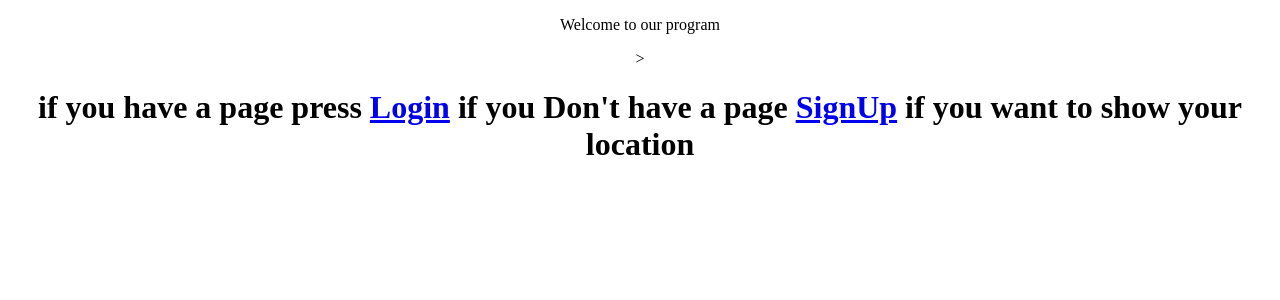
Repository: Mohammed7852/eclipse_Materials
Page: http://localhost/FCISquareApp/WEB-INF/jsp/welcome.jsp
The author's editor kept a copy of each file at every save. The page is drawn from the files as they stood at one save, then again after the next save.
The browser window is 1280 px wide. The pictures show the whole page.
The page is served by Tomcat 9. Nobody is signed in. Other server files are loaded and not shown. The template is opened directly, without the code that normally fills it, so the values that code supplies are empty.

Above is the page before, as saved 2016-03-26 17:06:54.

### eclips/FCISquareApp/WebContent/WEB-INF/jsp/welcome.jsp
<%@ page language="java" contentType="text/html; charset=windows-1256"
	pageEncoding="windows-1256"%>
<!DOCTYPE html PUBLIC "-//W3C//DTD HTML 4.01 Transitional//EN" "http://www.w3.org/TR/html4/loose.dtd">
<html>
<title>HomePage</title>
<center><p>Welcome to our program</p>></center>

<body>

<center>
<h1>if  you have a page press  <a href="/FCISquareApp/app/Login">Login</a>
    if you Don't have a page <a href="/FCISquareApp/app/signUp">SignUp</a>
    if you want to show your location
</h1>

</center>


</body>
</html>

After the next save:
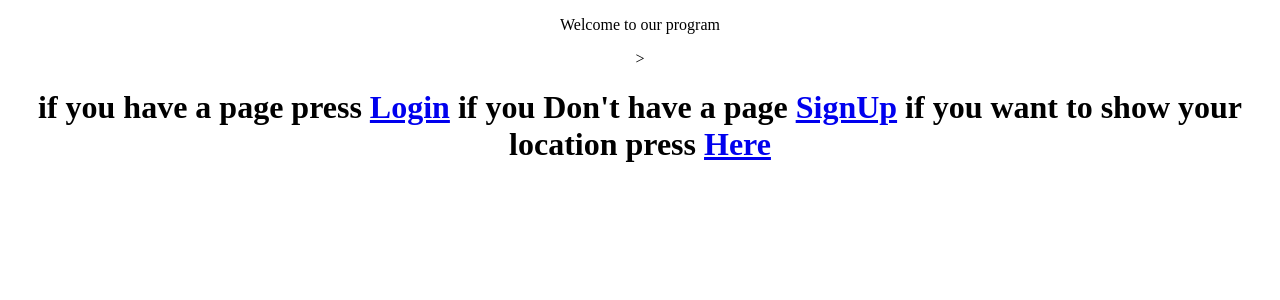
Saved 50 s later.
--- a/eclips/FCISquareApp/WebContent/WEB-INF/jsp/welcome.jsp
+++ b/eclips/FCISquareApp/WebContent/WEB-INF/jsp/welcome.jsp
@@ -10,7 +10,7 @@
 <center>
 <h1>if  you have a page press  <a href="/FCISquareApp/app/Login">Login</a>
     if you Don't have a page <a href="/FCISquareApp/app/signUp">SignUp</a>
-    if you want to show your location
+    if you want to show your location press <a href ="FCISquareApp/app/showLocation">Here</a>
 </h1>
 
 </center>
